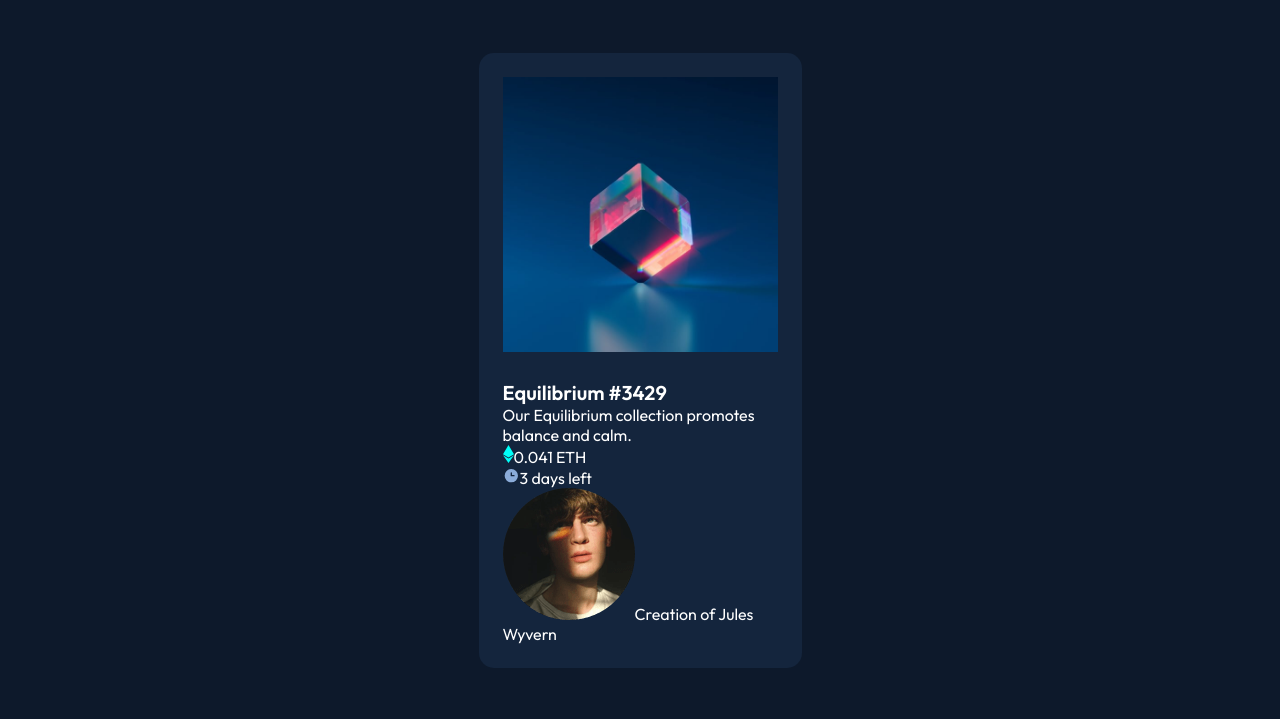
Repository: VAL1DOL-web/fm-NFT-preview-card-component
Page: index.html
These files come from the project's save history. The page is drawn as it stood at one moment and after the next save; the edit follows.
The browser window is 1280 px wide. The pictures show the whole page.

Above is the page before, as saved 2024-01-07 15:40:21.

After the next save:
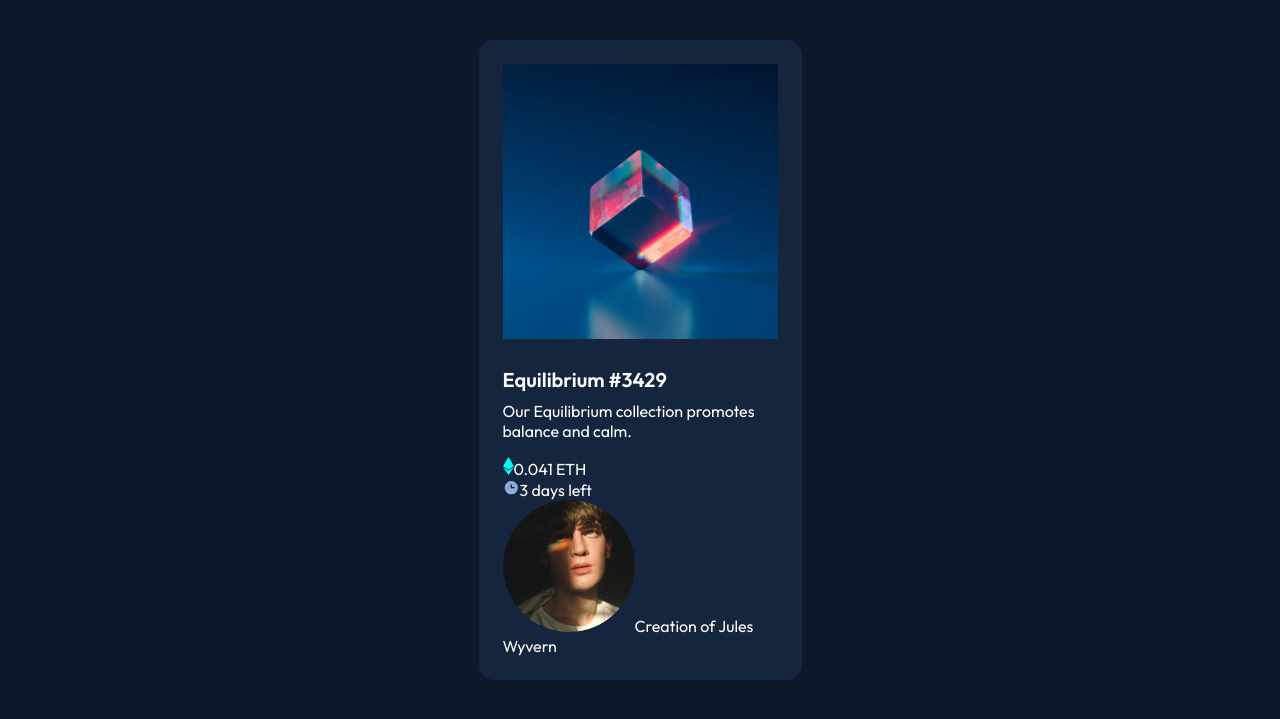
Saved 53 s later.
--- a/style.css
+++ b/style.css
@@ -33,5 +33,5 @@
     font-weight: 600;
 }
 .description {
-
+    margin: 0.6rem 0 1rem 0;
 }
